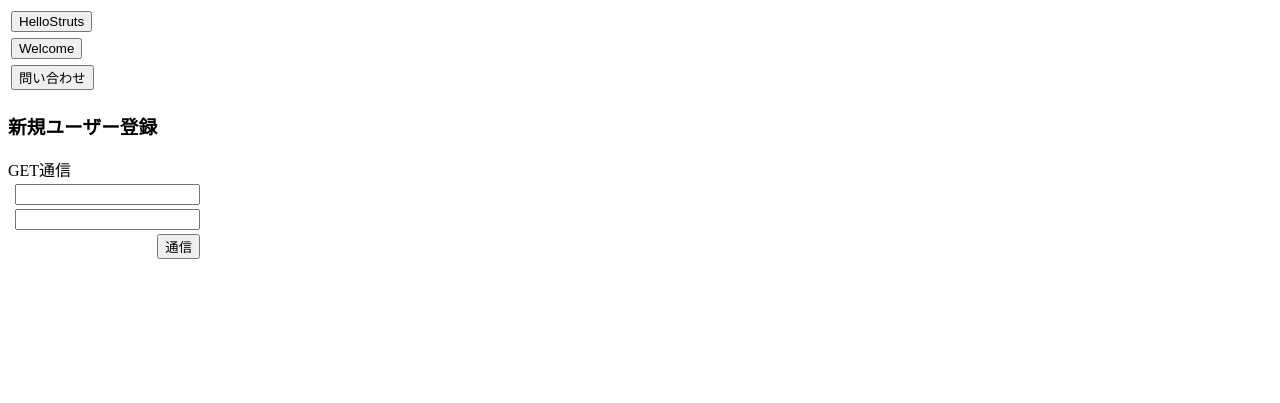
Repository: nhikaru/backup
Page: http://localhost/WebProj2/
These files come from the project's save history. The page is drawn as it stood at one moment and after the next save; the edit follows.
The browser window is 1280 px wide. The pictures show the whole page.
The page is served by Tomcat 9.

Above is the page before, as saved 2018-01-12 05:43:32.

After the next save:
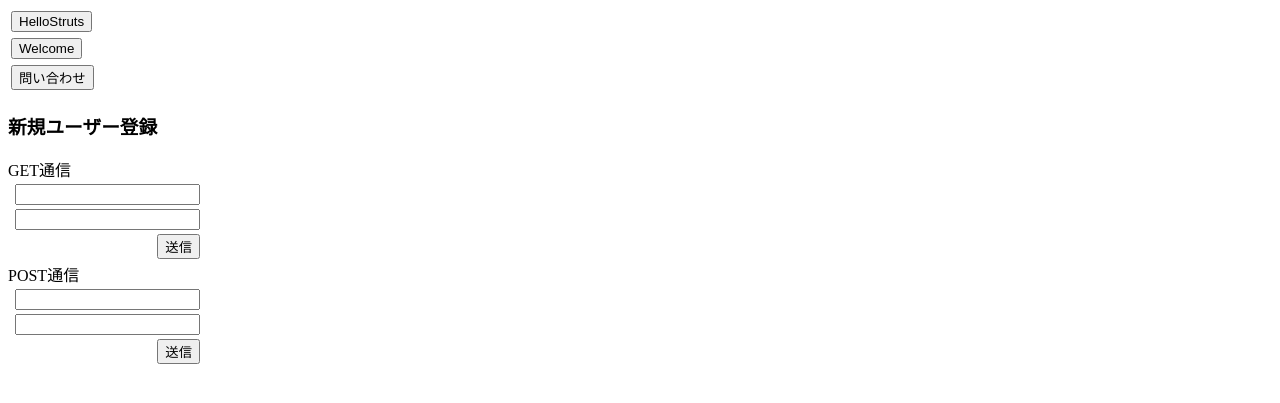
Saved 2 min 16 s later.
--- a/WebProj2/WebContent/index.jsp
+++ b/WebProj2/WebContent/index.jsp
@@ -25,7 +25,13 @@
 	<s:form method="get" action="TestAction">
 	<s:textfield name="username"/>
 	<s:password name="password"/>
-	<s:submit value="通信"/>
+	<s:submit value="送信"/>
+	</s:form>
+	POST通信
+	<s:form method="post" action="TestAction">
+	<s:textfield name="username"/>
+	<s:password name="password"/>
+	<s:submit value="送信"/>
 	</s:form>
 
 </body>
